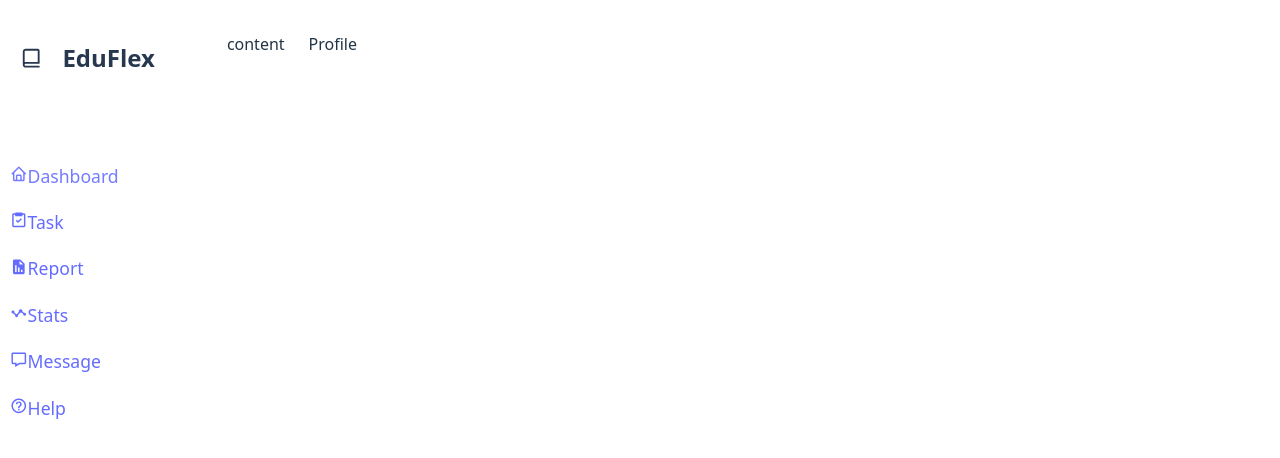
Repository: gogg23/react-dash
Page: /
These files come from the project's save history. The page is drawn as it stood at one moment and after the next save; the edit follows.
The browser window is 1280 px wide. The pictures show the whole page.
The pointer rests on the first visible `.menu--items .item`.
The project was rebuilt for these pictures with package versions that can differ from the ones it lists, and the page was loaded fresh each time. Also part of the build but not shown: vite.config.js.

Above is the page before, as saved 2025-03-22 14:32:07.

### index.html
<!DOCTYPE html>
<html lang="en">
  <head>
    <meta charset="UTF-8" />
    <link rel="icon" type="image/svg+xml" href="/vite.svg" />
    <meta name="viewport" content="width=device-width, initial-scale=1.0" />
    <title>React Dashboard</title>
  </head>
  <body>
    <div id="root"></div>
    <script type="module" src="/src/main.jsx"></script>
  </body>
</html>

### src/App.jsx
import React from 'react';
import Sidebar from './components/Sidebar';
import Content from './components/Content';
import Profile from './components/Profile';
import './App.css';

const App = () => {
  return (
    <div className='dashboard'>
      <Sidebar />
      <div className='dashboard--content'>
        <>
          <Content />
          <Profile />
        </>
      </div>
    </div>
  );
};

export default App;

### src/components/Sidebar.jsx
import React from 'react';
import {
  BiHome,
  BiBookAlt,
  BiTask,
  BiMessage,
  BiSolidReport,
  BiStats,
  BiHelpCircle,
  BiTaskX,
} from 'react-icons/bi';
import '../styles/Sidebar.css';
const Sidebar = () => {
  return (
    <div className='menu'>
      <div className='logo'>
        <BiBookAlt className='logo-icon' />
        <h2>EduFlex</h2>
      </div>

      <div className='menu--items'>
        <a href='' className='item'>
          <BiHome />
          Dashboard
        </a>
        <a href='' className='item'>
          <BiTask />
          Task
        </a>
        <a href='' className='item'>
          <BiSolidReport />
          Report
        </a>
        <a href='' className='item'>
          <BiStats />
          Stats
        </a>
        <a href='' className='item'>
          <BiMessage />
          Message
        </a>
        <a href='' className='item'>
          <BiHelpCircle />
          Help
        </a>
      </div>
    </div>
  );
};

export default Sidebar;

### src/components/Content.jsx
import React from 'react';

function content() {
  return <div>content</div>;
}

export default content;

### src/components/Profile.jsx
import React from 'react';

function Profile() {
  return <div className='profile'>Profile</div>;
}
export default Profile;

### src/App.css
.dashboard {
  display: flex;
  gap: 20px;
}

.dashboard--content {
  background: #fff;
  flex: 1;
  border-radius: 20px;
  padding: 2rem;
  display: flex;
  gap: 1.5rem;
  justify-content: space-between;
}

### src/styles/sidebar.css
/* Sidebar container */
.sidebar {
  background-color: #b0b0b0; /* Grey background */
  height: 100vh; /* Full height */
  padding: 20px;
  display: flex;
  flex-direction: column;
  justify-content: space-between; /* Adjusts spacing */
}

/* Menu container */
.menu {
  display: flex;
  flex-direction: column;
  gap: 2.3rem;
  height: 94vh;
}

/* Logo styles */
.logo {
  text-align: center;
  padding: 20px;
  color: #27374d;
  align-items: center;
  display: flex;
  gap: 20px;
}

.logo-icon {
  font-size: 1.4rem;
}

/* Menu items */
.menu--items {
  display: flex;
  flex-direction: column;
  gap: 20px;
  font-size: 1.1rem;
  text-decoration: none;
  font-weight: 600;
  padding: 10px;
  border-radius: 10px;
  transition: 0.3s ease-in-out;
  color: #27374d;
}

/* Menu item hover effect */
.menu--items .item:hover {
  background-color:red
  color: #dde6ed;
}

Loaded but not shown: src/main.jsx (common file); src/index.css (common file)

After the next save:
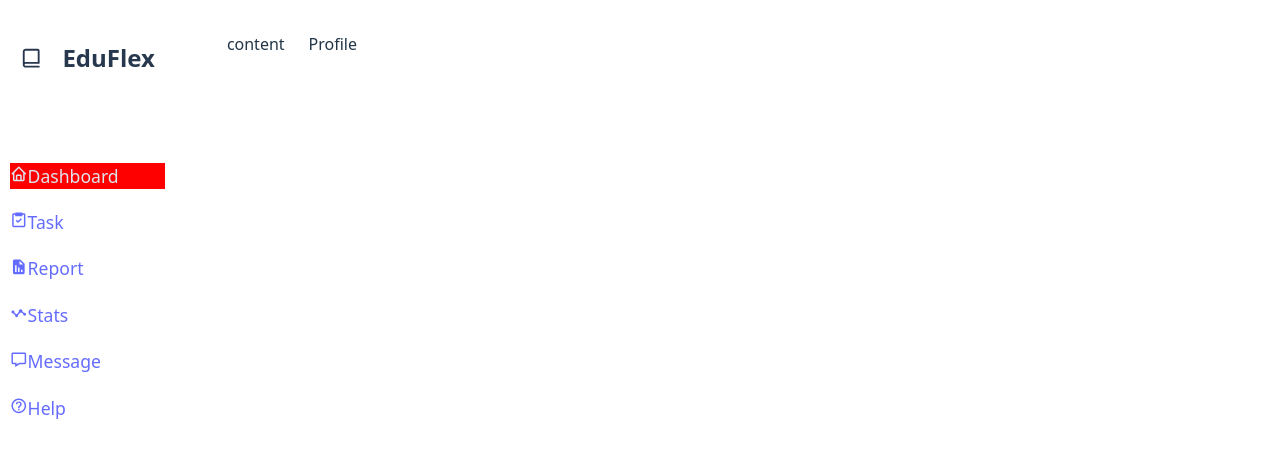
Saved 5 s later.
--- a/src/styles/sidebar.css
+++ b/src/styles/sidebar.css
@@ -46,6 +46,6 @@
 
 /* Menu item hover effect */
 .menu--items .item:hover {
-  background-color:red
+  background-color: red;
   color: #dde6ed;
 }
